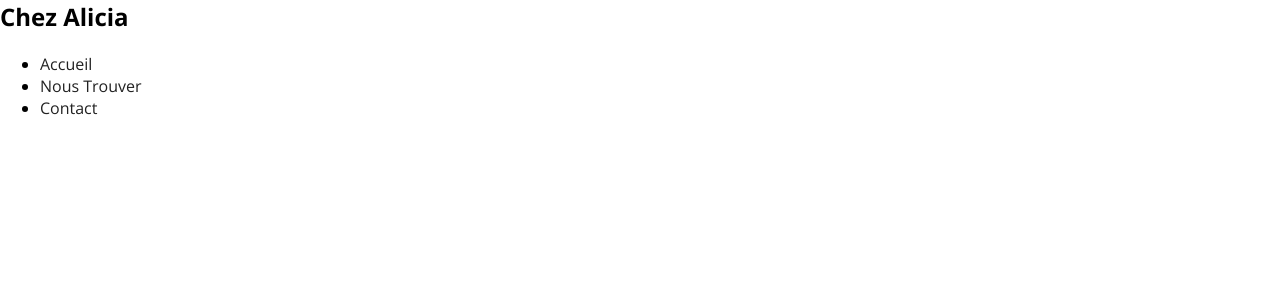
Repository: Hiliyeh/static-coffee
Page: index.html
An editor plug-in stored every save of this project. The page is shown before and after the next save, followed by the edit.
The browser window is 1280 px wide. The pictures show the whole page.

Above is the page before, as saved 2020-05-02 17:00:09.

### index.html
<!DOCTYPE html>
<html lang="en">
  <head>
    <meta charset="UTF-8" />
    <meta name="viewport" content="width=device-width, initial-scale=1.0" />
    <title>Document</title>
    <link rel="stylesheet" href="style.css" />
    <link
      rel="stylesheet"
      href="https://fonts.googleapis.com/css?family=Open+Sans:300,400,700&display=swap"
      rel="stylesheet"
    />
  </head>
  <body>
    <header class="header">
      <nav>
        <h1><a href="./index.html"></a>Chez Alicia</h1>
        <ul>
          <li><a classe="active" href="./index.html">Accueil</a></li>
          <li><a href="./lieu.html">Nous Trouver</a></li>
          <li><a href="./contact.html">Contact</a></li>
        </ul>
      </nav>
    </header>
  </body>
</html>

### style.css
*{
  margin: 0 ;


}

html, body {
  font-family: "Open Sans", sans-serif;
}

h1, h2,h3{
  margin-bottom: 20px ;
}

a{
  color: #222;
  text-decoration: none;
}

After the next save:
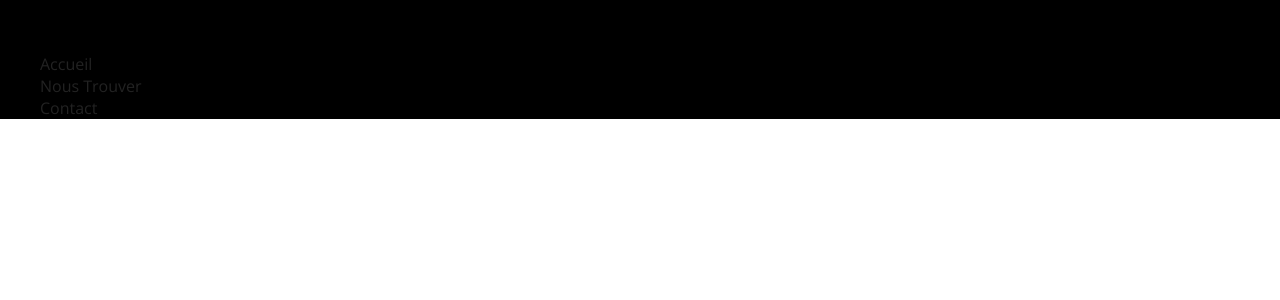
Saved 10 min 10 s later.
--- a/style.css
+++ b/style.css
@@ -16,3 +16,9 @@ a{
   color: #222;
   text-decoration: none;
 }
+
+/*Header*/
+
+.header{
+  background: black;
+}
